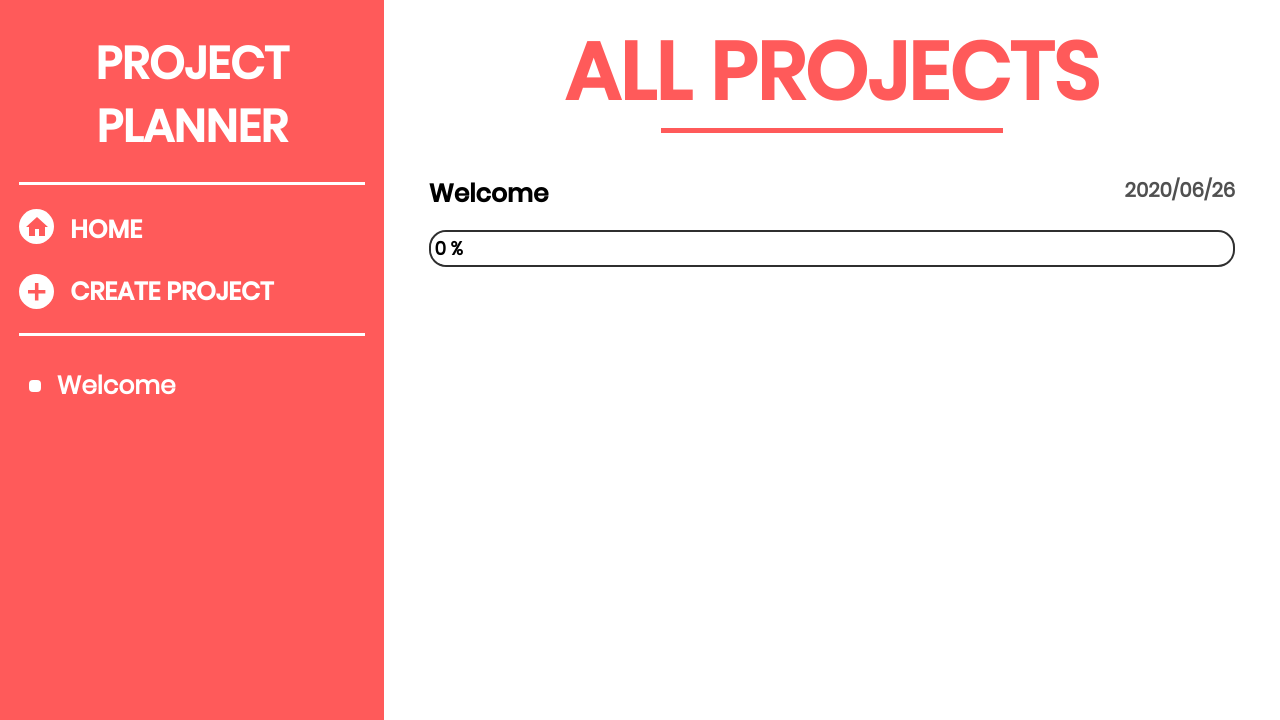
Repository: AzharMoosa/project-manager
Page: /
These files come from the project's save history. The page is drawn as it stood at one moment and after the next save; the edit follows.
The browser window is 1280 px wide. The pictures show the whole page.
The project was rebuilt for these pictures with package versions that can differ from the ones it lists, and the page was loaded fresh each time. Also part of the build but not shown: src/components/current-project/Task.js, src/components/current-project/CurrentProject.js.

Above is the page before, as saved 2020-06-25 14:18:26.

### public/index.html
<!DOCTYPE html>
<html lang="en">
  <head>
    <meta charset="utf-8" />
    <link rel="icon" href="%PUBLIC_URL%/favicon.ico" />
    <meta name="viewport" content="width=device-width, initial-scale=1" />
    <meta name="theme-color" content="#000000" />
    <meta
      name="description"
      content="Web site created using create-react-app"
    />
    <link rel="apple-touch-icon" href="%PUBLIC_URL%/logo192.png" />

    <link rel="manifest" href="%PUBLIC_URL%/manifest.json" />

    <title>Project Planner</title>
  </head>
  <body>
    <noscript>You need to enable JavaScript to run this app.</noscript>
    <div id="root"></div>
  </body>
</html>

### src/App.js
import React from "react";
import Sidebar from "./components/sidebar/Siebar";
import Main from "./components/Main";
import Modal from "./components/modal/Modal";
import { ProjectProvider } from "./ProjectContext";
import { SelectedProjectProvider } from "./SelectedProjectContext";
import { BrowserRouter } from "react-router-dom";

import "./App.css";

function App() {
  return (
    <BrowserRouter>
      <ProjectProvider>
        <SelectedProjectProvider>
          <div className='container'>
            <Sidebar />
            <Main />
            <Modal />
          </div>
        </SelectedProjectProvider>
      </ProjectProvider>
    </BrowserRouter>
  );
}

export default App;

### src/components/sidebar/Siebar.js
import React from "react";
import Header from "./Header";
import ProjectList from "../project-list/ProjectList";

const Siebar = () => {
  return (
    <div className='sidebar'>
      <Header />
      <ProjectList />
    </div>
  );
};

export default Siebar;

### src/components/Main.js
import React from "react";
import { Switch, Route } from "react-router-dom";
import Home from "./home/Home";
import CurrentProject from "./current-project/CurrentProject";

const Main = () => {
  return (
    <Switch>
      <Route exact path='/' component={Home}></Route>
      <Route exact path='/project' component={CurrentProject}></Route>
    </Switch>
  );
};

export default Main;

### src/components/modal/Modal.js
import React, { useContext, useState } from "react";
import { ProjectContext } from "../../ProjectContext";

const Modal = () => {
  // eslint-disable-next-line
  const [projects, setProjects] = useContext(ProjectContext);
  const [projectTitle, setProjectTitle] = useState("");
  const [projectOverview, setProjectOverview] = useState("");

  const hidePopup = () => {
    let popup = document.querySelector(".create-project-popup");
    popup.classList.add("hide");
  };

  const createProject = (e) => {
    if (projectTitle === "") {
      return;
    }
    e.preventDefault();
    let newProject = {
      name: projectTitle,
      overview: projectOverview,
      tools: [],
      progress: 0,
      tasks: [],
      date: "",
      id: Math.floor(Math.random() * 100),
    };
    setProjects((projects) => [...projects, newProject]);
    setProjectTitle("");
    setProjectOverview("");
    clearTitleInput();
    clearOverviewInput();
    hidePopup();
  };

  const clearTitleInput = () => {
    let titleInput = document.querySelector(".title-input");
    titleInput.value = "";
  };

  const clearOverviewInput = () => {
    let overviewInput = document.querySelector(".overview-input");
    overviewInput.value = "";
  };

  return (
    <div className='create-project-popup hide'>
      <div className='create-project-popup-content'>
        <h1>CREATE PROJECT</h1>
        <form className='form-input'>
          <label htmlFor='title'>PROJECT TITLE</label>
          <input
            type='text'
            onChange={(e) => setProjectTitle(e.target.value)}
            className='title-input'
          />
          <label htmlFor='title'>PROJECT OVERVIEW</label>
          <textarea
            type='text'
            onChange={(e) => setProjectOverview(e.target.value)}
            className='overview-input'
          />
          <button className='create-btn' onClick={createProject}>
            CREATE
          </button>
        </form>
      </div>
    </div>
  );
};

export default Modal;

### src/ProjectContext.js
import React, { useState, createContext } from "react";

export const ProjectContext = createContext();

export const ProjectProvider = (props) => {
  // const [projects, setProjects] = useState(
  //   localStorage.getItem("myValueInLocalStorage") || []
  // );

  const [projects, setProjects] = useState([
    {
      name: "Welcome",
      overview: "You Project Overview Goes Here",
      tools: ["Tools", "Go", "Here"],
      progress: 0,
      tasks: [
        { task: "Create Project Plans", complete: true, id: 1 },
        { task: "Todo List for Each Project", complete: false, id: 2 },
        { task: "Track Progress", complete: true, id: 3 },
        { task: "Priority List", complete: true, id: 4 },
        { task: "Choose Tools In Each Project", complete: false, id: 5 },
        { task: "Clean And Simple Design", complete: true, id: 6 },
        { task: "Use REACT", complete: false, id: 7 },
      ],
      date: "2020-06-26",
      id: 28392,
    },
  ]);

  React.useEffect(() => {
    localStorage.setItem("projects", projects);
  }, [projects]);

  return (
    <ProjectContext.Provider value={[projects, setProjects]}>
      {props.children}
    </ProjectContext.Provider>
  );
};

### src/SelectedProjectContext.js
import React, { useState, createContext } from "react";

export const SelectedProjectContext = createContext();

export const SelectedProjectProvider = (props) => {
  const [selectedProject, setSelectedProject] = useState({
    name: "Error 404",
    overview: "Create a new project by using the button on the left.",
    tools: ["Error 404"],
    progress: 0,
    tasks: [
      {
        task: "Create a new project by using the button on the left.",
        id: 1,
        complete: false,
      },
    ],
    color: "",
    date: "",
    id: 21,
  });

  return (
    <SelectedProjectContext.Provider
      value={[selectedProject, setSelectedProject]}
    >
      {props.children}
    </SelectedProjectContext.Provider>
  );
};

### src/App.css
:root {
  --red: #ff5a5a;
  --green: #76ffca;
  --blue: #76daff;
  --yellow: #fffa76;
  --purple: #ab76ff;
}

/* CSS RESET */

* {
  margin: 0;
  padding: 0;
  box-sizing: border-box;
}

/* Fonts */

@font-face {
  font-family: "Poppins-Med";
  src: url("./fonts/Poppins-Medium.ttf");
}

@font-face {
  font-family: "Poppins-Reg";
  src: url("./fonts/Poppins-Regular.ttf");
}

/* Body */

body {
  font-family: "Poppins-Reg";
  line-height: 1.4;
}

/* Utilities */

/* Bullet Points */

.white:before {
  content: " ";
  height: 12px;
  width: 12px;
  margin-right: 1rem;
  border-radius: 4px;
  background-color: #fff;
}

/* Container */
.container {
  display: flex;
}

/* Sidebar */
.sidebar {
  width: 30vw;
  background-color: var(--red);
  min-height: 100vh;
  color: #fff;
}

.title {
  font-size: 45px;
  font-family: "Poppins-Med";
  text-align: center;
  padding-top: 2rem;
}

.nav-btns::after,
.nav-btns:before {
  content: " ";
  display: block;
  border-bottom: 3px solid #fff;
  width: 100%;
  margin: 1.5rem auto;
}

.nav-btns {
  width: 90%;
  margin: auto;
}

.home-btn,
.create-project-btn {
  display: flex;
  align-items: center;
  margin-top: 1.5rem;
}

.home-btn h3,
.create-project-btn h3 {
  margin-left: 1rem;
  font-family: "Poppins-Med";
  font-size: 25px;
}

.home-btn svg,
.create-project-btn svg {
  cursor: pointer;
}

/* Home */

.home {
  width: 70vw;
  display: flex;
  flex-direction: column;
}

.home-title {
  font-size: 80px;
  font-family: "Poppins-Med";
  color: var(--red);
  text-align: center;
  margin-top: 1rem;
}

.home-title:after {
  content: " ";
  display: block;
  border-bottom: 5px solid var(--red);
  width: 342px;
  margin: 0 auto 1.5rem auto;
}

/* Selected Project */

.selected-project {
  width: 70vw;
  display: flex;
  flex-direction: column;
  padding: 2rem 3rem;
}

.selected-project-head {
  display: flex;
  align-items: center;
  justify-content: space-between;
}

.selected-project-title {
  color: var(--red);
  font-size: 60px;
  font-family: "Poppins-Med";
}

.selected-project h3 {
  font-size: 30px;
  font-family: "Poppins-Med";
  margin-top: 1rem;
}

.selected-project-heading:after,
.tools:before {
  content: " ";
  display: block;
  border-bottom: 1px solid #000;
  padding: 0.5rem 0;
}

.overview {
  color: #4e4e4e;
  font-size: 25px;
  font-family: "Poppins-Reg";
  padding: 0.5rem 0;
  outline: none;
  border: none;
  resize: none;
}

.tools-head {
  display: flex;
  justify-content: space-between;
  align-items: center;
  border-bottom: 1px solid #000;
  padding-bottom: 1rem;
}

.tools-input {
  margin-top: 1rem;
  display: flex;
  justify-content: center;
  align-items: center;
}

.add-tools {
  width: 346px;
  height: 29px;
  background-color: #f8f8f8;
  border: 1px solid #959595;
  border-radius: 15px;
  margin-right: 1rem;
  font-size: 15px;
  outline: none;
  padding: 0 1rem;
}

.add-tool-btn {
  cursor: pointer;
}

.tools-body {
  text-transform: uppercase;
  border-bottom: 1px solid #000;
}

.tools-body h3 {
  font-family: "Poppins-Reg";
  padding-bottom: 1rem;
  color: #4e4e4e;
  font-size: 25px;
}

.tasks-title {
  display: flex;
  align-items: center;
  border-bottom: 1px solid #000;
  padding-bottom: 1rem;
}

.bullet-point {
  border-radius: 50%;
  width: 41px;
  height: 41px;
  border: 3px solid #000;
  cursor: pointer;
  margin-right: 1rem;
}

.complete {
  background: var(--blue);
}

.not-complete {
  background: #fff;
}

.task {
  display: flex;
  justify-content: space-between;
  align-items: center;
}

.task-name {
  width: 100%;
  display: flex;
  align-items: center;
}

.task-name h3 {
  font-size: 25px;
  font-family: "Poppins-Reg";
  margin-bottom: 1rem;
}

.tasks {
  margin: 1rem 0;
}

.delete-task-btn {
  cursor: pointer;
  border-radius: 50%;
  width: 33px;
  height: 33px;
  border: 2px solid #000;
  cursor: pointer;
  background-color: var(--red);
  color: #fff;
  display: flex;
  justify-content: center;
  align-items: center;
}

.add-tasks {
  border-top: 1px solid #000;
  border-bottom: 1px solid #000;
  padding: 1rem 0;
  display: flex;
  align-items: center;
}

.add-tasks input {
  background: transparent;
  font-family: "Poppins-Med";
  border: none;
  font-size: 30px;
  outline: none;
  color: #000;
  margin-left: 1rem;
}

.add-tasks input::placeholder {
  color: #000;
  opacity: 0.7;
}

.add-tasks-btn {
  cursor: pointer;
  outline: none;
}

.date {
  display: flex;
  align-items: center;
  border-bottom: 1px solid #000;
}

.date h3 {
  margin-bottom: 1rem;
  margin-right: 1rem;
}

.date input {
  width: 200px;
  height: 46px;
  border-radius: 14px;
  border: 1px solid #707070;
  padding: 0 1rem;
  font-size: 16px;
}

/* Project Sidebar List */

.project-side {
  width: 85%;
  margin: 2rem auto;
  display: flex;
  align-items: center;
  cursor: pointer;
}

.project-side h3 {
  font-size: 25px;
}

/* Progress Bar */
.progressbar {
  width: 90%;
  background-color: #fff;
  border: 2px solid #2f2f2f;
  border-radius: 17px;
  margin: 0 auto 2rem auto;
}

.progressbar > div {
  background-color: var(--green);
  height: 33px;
  border-radius: 17px;
}

.progressbar > div h3 {
  display: flex;
  justify-content: flex-end;
  align-items: center;
  line-height: 1.8;
  margin-right: 1rem;
}

/* Project List */

.project-title {
  width: 90%;
  margin: 1.2rem auto;
  display: flex;
  justify-content: space-between;
}

.project-title h3 {
  font-size: 25px;
  font-family: "Poppins-Med";
}

.project-title h4 {
  font-size: 20px;
  font-family: "Poppins-Reg";
  color: #505050;
}

/* Create Project Popup */

.hide {
  display: none !important;
}

.create-project-popup {
  display: flex;
  justify-content: center;
  align-items: center;
  position: fixed;
  z-index: 1;
  left: 0;
  top: 0;
  width: 100%;
  height: 100%;
  background-color: rgb(0, 0, 0);
  background-color: rgba(99, 99, 99, 0.6);
}

.create-project-popup-content {
  background-color: var(--red);
  padding: 20px;
  border: 3px solid #343434;
  min-width: 526px;
  min-height: 617px;
  color: #fff;
  -webkit-box-shadow: 10px 10px 6px 0px rgba(0, 0, 0, 0.75);
  -moz-box-shadow: 10px 10px 6px 0px rgba(0, 0, 0, 0.75);
  box-shadow: 10px 10px 6px 0px rgba(0, 0, 0, 0.75);
}

.create-project-popup-content h1 {
  text-align: center;
}

.create-project-popup-content h1:after {
  content: " ";
  display: block;
  border-bottom: 3px solid #fff;
  width: 250px;
  margin: 0 auto 1.5rem auto;
}

.form-input {
  width: 100%;
  display: flex;
  flex-direction: column;
  justify-content: center;
}

.form-input label {
  font-size: 25px;
  font-family: "Poppins-Med";
}

.form-input input {
  height: 46px;
  background-color: transparent;
  border: 2px solid #fff;
  outline: none;
  color: #fff;
  font-size: 21px;
  padding: 0 0.5rem;
  width: 100%;
  margin-bottom: 2rem;
}

.form-input textarea {
  height: 202px;
  background-color: transparent;
  border: 2px solid #fff;
  outline: none;
  color: #fff;
  font-size: 21px;
  padding: 0.5rem 0.5rem;
  width: 100%;
  margin-bottom: 2rem;
  font-family: "Poppins-Reg";
}

.create-btn {
  background-color: var(--green);
  width: 155px;
  height: 48px;
  border-radius: 24px;
  border: none;
  font-size: 22px;
  margin: 2rem auto 0 auto;
  cursor: pointer;
  outline: none;
}

.delete-btn {
  background-color: var(--red);
  width: 155px;
  height: 48px;
  border-radius: 24px;
  border: none;
  font-size: 22px;
  cursor: pointer;
  outline: none;
  color: #fff;
}

### src/components/sidebar/Header.js
import React, { useContext } from "react";
import { SelectedProjectContext } from "../../SelectedProjectContext";
import { ProjectContext } from "../../ProjectContext";
import { Link } from "react-router-dom";

const Header = () => {
  // eslint-disable-next-line
  const [selectedProject, setSelectedProject] = useContext(
    SelectedProjectContext
  );

  const [projects, setProjects] = useContext(ProjectContext);

  const updateProjects = () => {
    let updatedArray = [...projects];
    let i;
    updatedArray.map((p) =>
      p.name === selectedProject.name ? (i = projects.indexOf(p)) : null
    );
    updatedArray[i] = selectedProject;
    setProjects(updatedArray);
  };

  const displayPopup = () => {
    let popup = document.querySelector(".create-project-popup");
    popup.classList.remove("hide");
  };

  return (
    <div>
      <h1 className='title'>PROJECT PLANNER</h1>
      <div className='nav-btns'>
        <div className='home-btn'>
          <Link to='/'>
            <svg
              xmlns='http://www.w3.org/2000/svg'
              width='35'
              height='35'
              viewBox='0 0 35 35'
              onClick={updateProjects}
            >
              <g
                id='Home_Btn'
                data-name='Home Btn'
                transform='translate(-139 -182)'
              >
                <circle
                  id='Ellipse_1'
                  data-name='Ellipse 1'
                  cx='17.5'
                  cy='17.5'
                  r='17.5'
                  transform='translate(139 182)'
                  fill='#fff'
                />
                <path
                  id='icons8-home'
                  d='M12,2.1,1,12H4v9h6V14h4v7h6V12h3Z'
                  transform='translate(145 187.9)'
                  fill='#ff5a5a'
                />
              </g>
            </svg>
          </Link>
          <h3>HOME</h3>
        </div>

        <div className='create-project-btn'>
          <svg
            xmlns='http://www.w3.org/2000/svg'
            width='35'
            height='35'
            viewBox='0 0 35 35'
            onClick={displayPopup}
          >
            <g id='Group_6' data-name='Group 6' transform='translate(-50 -242)'>
              <circle
                id='Ellipse_2'
                data-name='Ellipse 2'
                cx='17.5'
                cy='17.5'
                r='17.5'
                transform='translate(50 242)'
                fill='#fff'
              />
              <path
                id='icons8-plus'
                d='M8.922,2V8.922H2v1.538H8.922v6.922h1.538V10.461h6.922V8.922H10.461V2Z'
                transform='translate(58 250)'
                fill='#ff5a5a'
                stroke='#ff5a5a'
                strokeWidth='2'
                fillRule='evenodd'
              />
            </g>
          </svg>
          <h3>CREATE PROJECT</h3>
        </div>
      </div>
    </div>
  );
};

export default Header;

### src/components/project-list/ProjectList.js
import React, { useContext } from "react";
import { ProjectContext } from "../../ProjectContext";
import ProjectSide from "./ProjectSide";

const ProjectList = () => {
  // eslint-disable-next-line
  const [projects, setProjects] = useContext(ProjectContext);

  return (
    <div>
      {projects.map((project) => (
        <ProjectSide
          name={project.name}
          color={project.color}
          key={project.id}
          project={project}
        />
      ))}
    </div>
  );
};

export default ProjectList;

### src/components/home/Home.js
import React, { useContext } from "react";
import ProgectProgress from "./ProjectProgress";
import { ProjectContext } from "../../ProjectContext";

const Home = () => {
  // eslint-disable-next-line
  const [projects, setProjects] = useContext(ProjectContext);

  return (
    <div className='home'>
      <h1 className='home-title'>ALL PROJECTS</h1>
      {projects.map((project) => (
        <ProgectProgress
          name={project.name}
          date={project.date}
          progress={project.progress}
          key={project.id}
          project={project}
        />
      ))}
    </div>
  );
};

export default Home;

### src/components/project-list/ProjectSide.js
import React, { useContext } from "react";
import { SelectedProjectContext } from "../../SelectedProjectContext";
import { ProjectContext } from "../../ProjectContext";
import { Link } from "react-router-dom";

const Project = ({ name, color, project }) => {
  // eslint-disable-next-line
  const [selectedProject, setSelectedProject] = useContext(
    SelectedProjectContext
  );

  const [projects, setProjects] = useContext(ProjectContext);

  const updateProjects = () => {
    let updatedArray = [...projects];
    let i;
    updatedArray.map((p) =>
      p.name === selectedProject.name ? (i = projects.indexOf(p)) : null
    );
    updatedArray[i] = selectedProject;
    setProjects(updatedArray);
  };

  return (
    <Link to='/project' style={{ textDecoration: "none", color: "#fff" }}>
      <div className={`project-side white`}>
        <h3
          onClick={() => {
            updateProjects();
            setSelectedProject(project);
          }}
        >
          {name}
        </h3>
      </div>
    </Link>
  );
};

export default Project;

### src/components/home/ProjectProgress.js
import React, { useContext } from "react";
import { SelectedProjectContext } from "../../SelectedProjectContext";
import { Link } from "react-router-dom";
import ProgressBar from "./ProgressBar";

const ProgectProgress = ({ name, date, progress, project }) => {
  // eslint-disable-next-line
  const [selectedProject, setSelectedProject] = useContext(
    SelectedProjectContext
  );
  return (
    <div className='project-progress'>
      <div className='project-title'>
        <Link to='/project' style={{ textDecoration: "none", color: "#000" }}>
          <h3 onClick={() => setSelectedProject(project)}>{name}</h3>
        </Link>
        <h4>{date.replace(/-/g, "/")}</h4>
      </div>
      <ProgressBar progress={progress} />
    </div>
  );
};

export default ProgectProgress;

### src/components/home/ProgressBar.js
import React from "react";

const ProgressBar = ({ progress }) => {
  return (
    <div className='progressbar'>
      <div
        style={
          progress > 6
            ? { width: `${progress}%` }
            : { width: "6%", backgroundColor: "#fff" }
        }
      >
        <h3>{progress} %</h3>
      </div>
    </div>
  );
};

export default ProgressBar;

Loaded but not shown: src/index.js (common file)

After the next save:
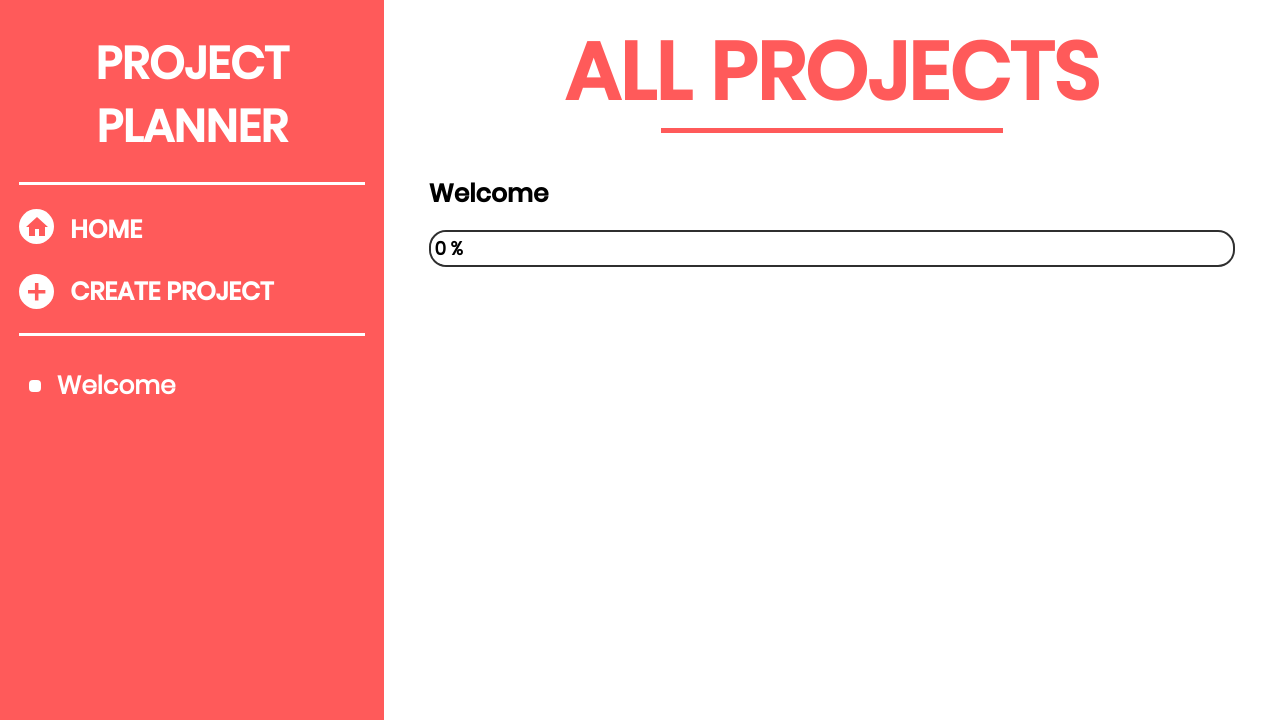
Saved 5 s later.
--- a/src/ProjectContext.js
+++ b/src/ProjectContext.js
@@ -22,7 +22,7 @@ export const ProjectProvider = (props) => {
         { task: "Clean And Simple Design", complete: true, id: 6 },
         { task: "Use REACT", complete: false, id: 7 },
       ],
-      date: "2020-06-26",
+      date: "",
       id: 28392,
     },
   ]);
